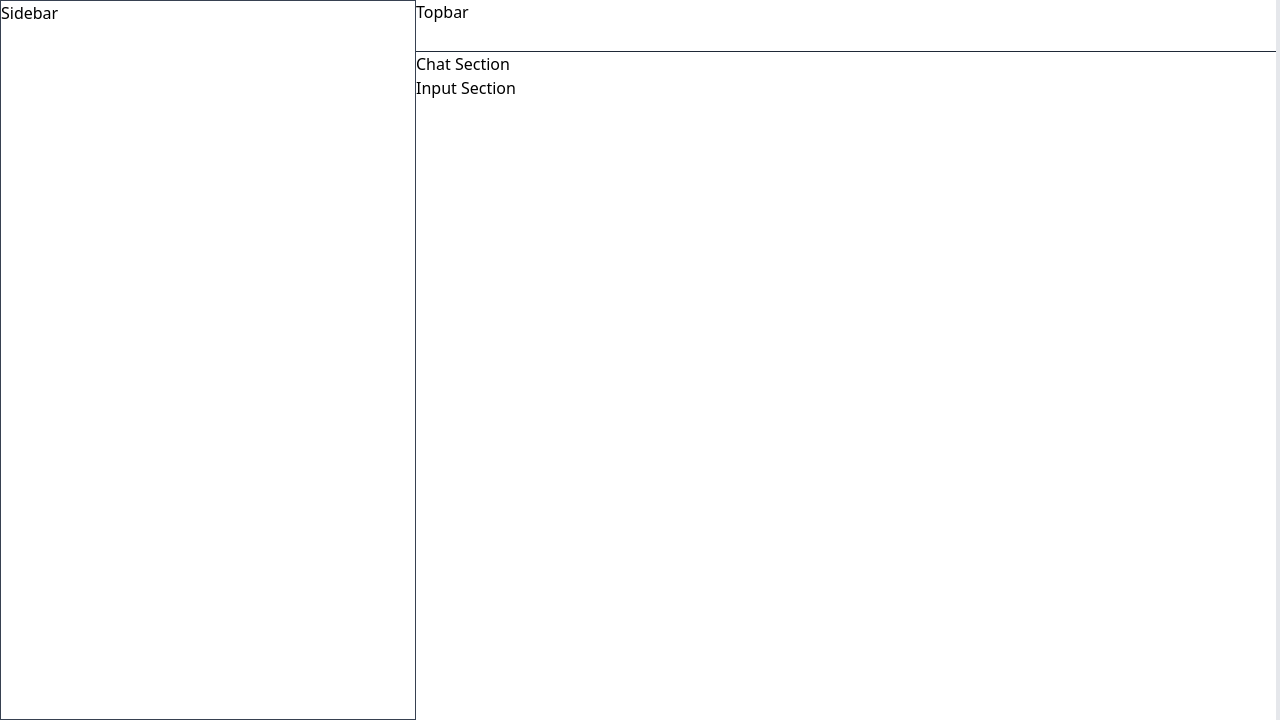
Repository: Qu4ntumGuy/telegram-clone
Page: /
These files come from the project's save history. The page is drawn as it stood at one moment and after the next save; the edit follows.
The browser window is 1280 px wide. The pictures show the whole page.
The project was rebuilt for these pictures with package versions that can differ from the ones it lists, and the page was loaded fresh each time. Also part of the build but not shown: src/Utils/ContextProvider.js.

Above is the page before, as saved 2024-07-15 11:02:43.

### src/App.js
import { Routes, BowserRouter, Route } from "react-router-dom";
import Sidebar from "./Components/Sidebar";
import Home from "./Pages/Home/Home";

function App() {
  return (
    <div className="flex max-w-[105rem] mx-auto">
      <Sidebar />

      <Home />
    </div>
  );
}

export default App;

### src/Components/Sidebar.js
import React from "react";
import { useComponentContext } from "../Utils/ContextProvider";

function Sidebar() {
  const context = useComponentContext();
  return (
    <div className="min-w-[26rem] border border-gray-700 h-screen">Sidebar</div>
  );
}

export default Sidebar;

### src/Pages/Home/Home.js
import React from "react";

function Home() {
  return (
    <div className="flex flex-col justify-center h-screen border-r-4 w-full">
      <div className="top-0 mb-auto h-14 border-b border-gray-800">Topbar</div>
      <div className="h-full">
        <div className="">Chat Section</div>
        <div className="bottom-0 mt-auto">Input Section</div>
      </div>
    </div>
  );
}

export default Home;

Loaded but not shown: public/index.html (common file); src/index.js (common file); src/index.css (common file); src/reportWebVitals.js (common file); tailwind.config.js (common file)

After the next save:
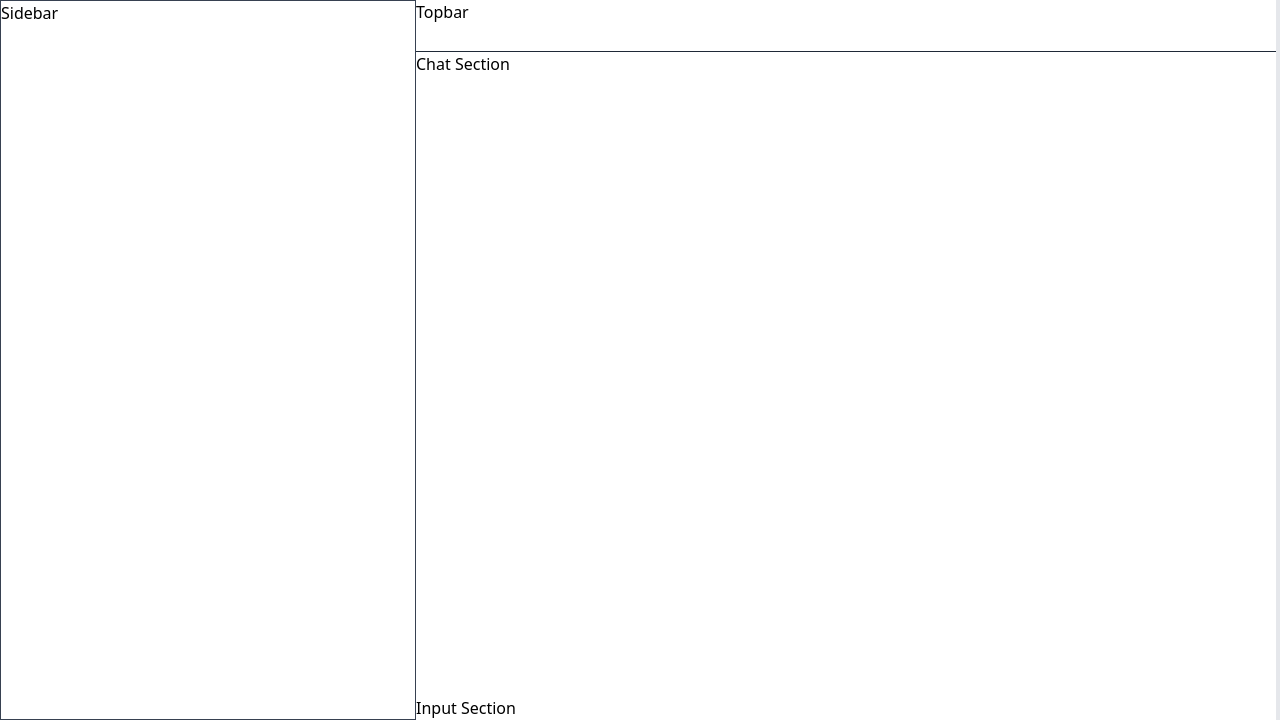
Saved 36 s later.
--- a/src/Pages/Home/Home.js
+++ b/src/Pages/Home/Home.js
@@ -4,7 +4,7 @@ function Home() {
   return (
     <div className="flex flex-col justify-center h-screen border-r-4 w-full">
       <div className="top-0 mb-auto h-14 border-b border-gray-800">Topbar</div>
-      <div className="h-full">
+      <div className="flex flex-col h-full">
         <div className="">Chat Section</div>
         <div className="bottom-0 mt-auto">Input Section</div>
       </div>
